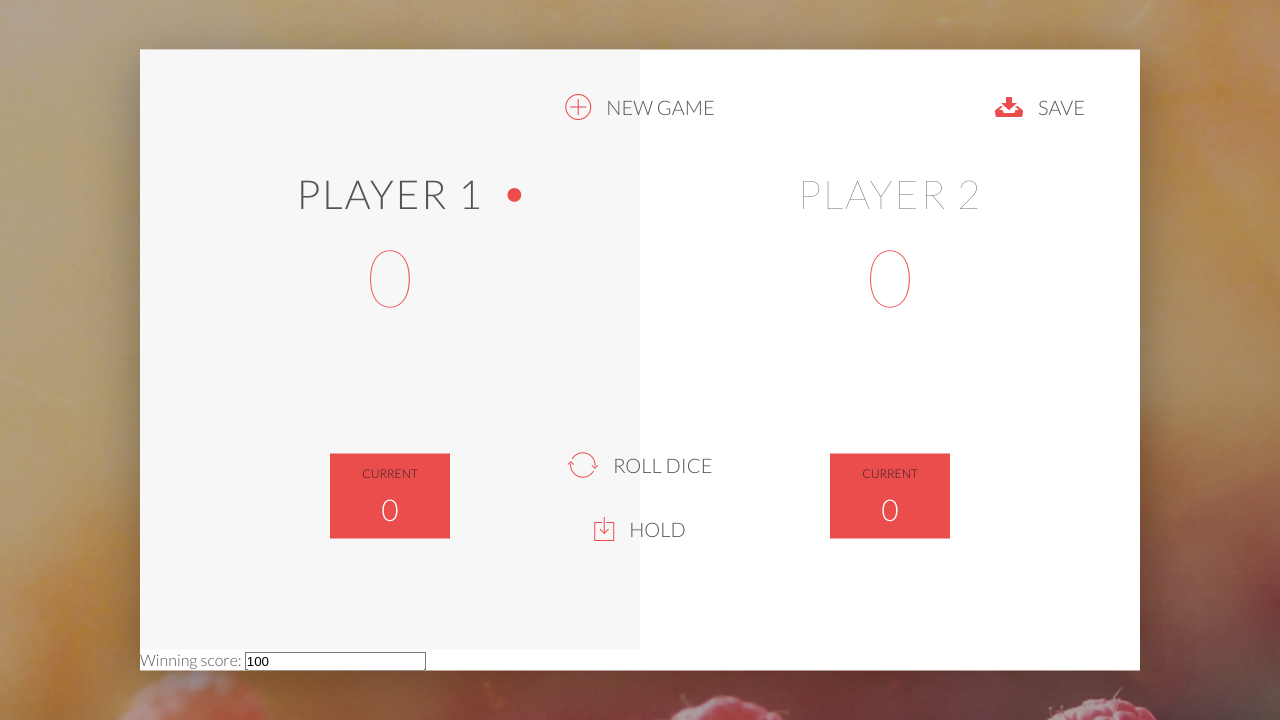
Repository: hexanek/hexanek.github.io
Page: pig-game/index.html
The author's editor kept a copy of each file at every save. The page is drawn from the files as they stood at one save, then again after the next save.
The browser window is 1280 px wide. The pictures show the whole page.

Above is the page before, as saved 2019-12-19 23:06:14.
Console error: TypeError: Cannot read properties of null (reading 'value')

After the next save:
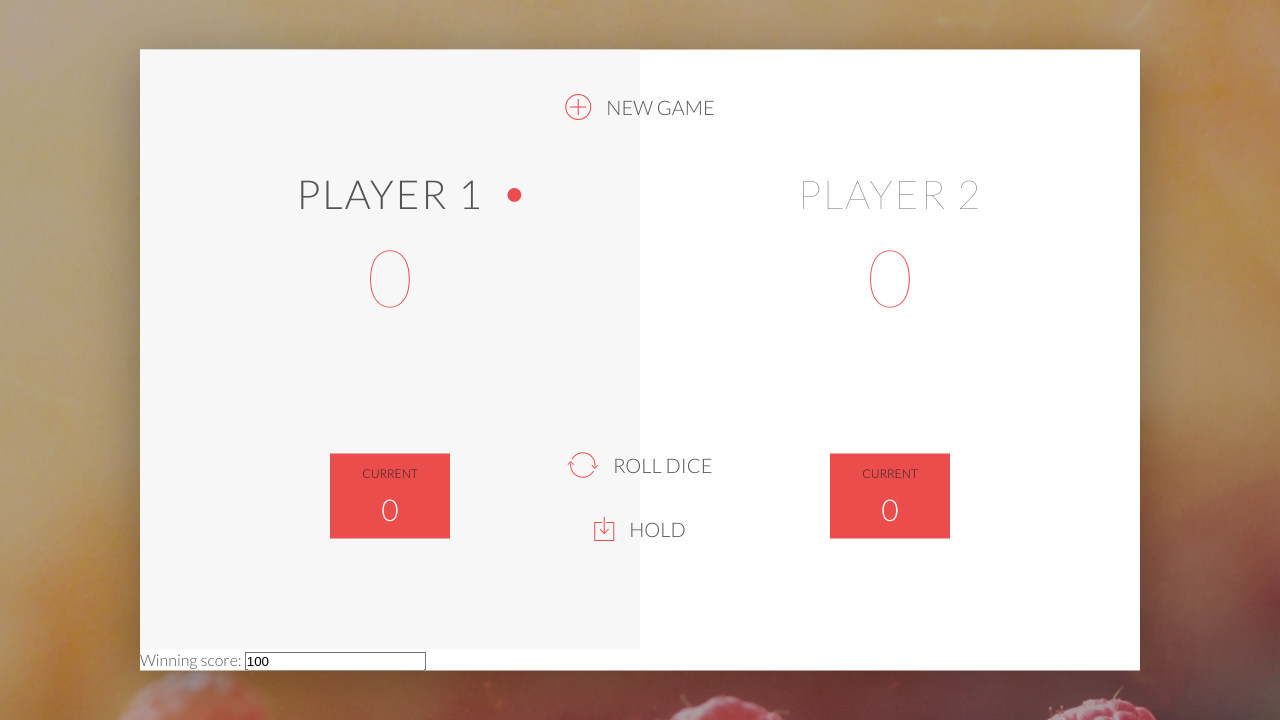
Saved 42 s later.
--- a/pig-game/index.html
+++ b/pig-game/index.html
@@ -32,7 +32,7 @@
             <button class="btn-new"><i class="ion-ios-plus-outline"></i>New game</button>
             <button class="btn-roll"><i class="ion-ios-loop"></i>Roll dice</button>
             <button class="btn-hold"><i class="ion-ios-download-outline"></i>Hold</button>
-            <button class="btn-save" form="formScore"><i class="ion-archive"></i>Save</button>
+            <!-- <button class="btn-save" form="formScore"><i class="ion-archive"></i>Save</button> -->
             <!-- <form action="#" class="form-score" id="formScore"> -->
             Winning score: <input class="input-score" type="number" name="WinningScore" id="winScore" value="100">
             <!-- </form> -->
